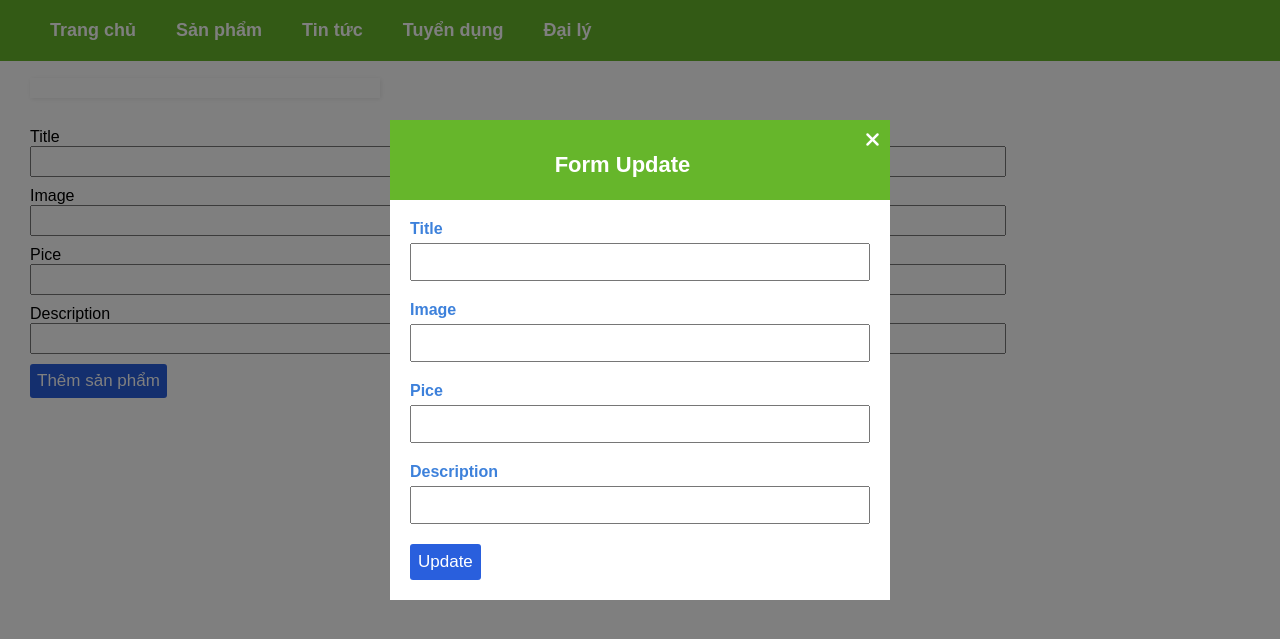
Repository: Ngoc28/CURD_HTML-CSS_JS_JSON
Page: index.html
An editor plug-in stored every save of this project. The page is shown before and after the next save, followed by the edit.
The browser window is 1280 px wide. The pictures show the whole page.
The page's requests for data from a server got no answer.

Above is the page before, as saved 2023-04-11 16:27:48.
Console error: TypeError: Cannot read properties of null (reading 'textContent')

After the next save:
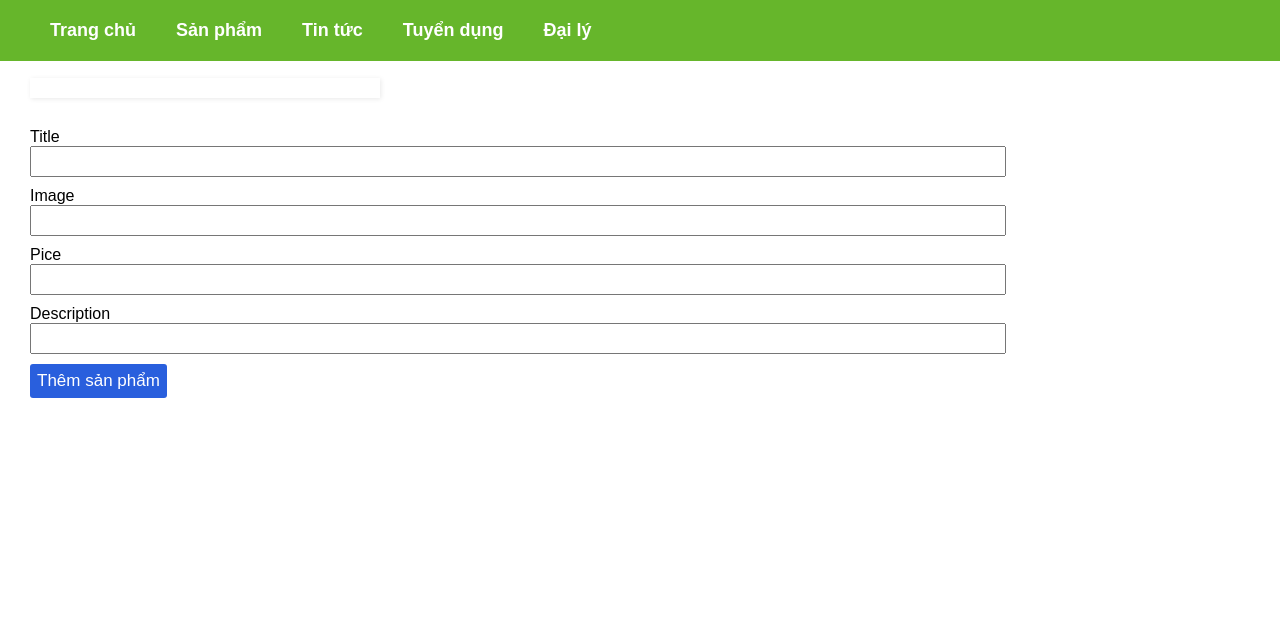
Console error: TypeError: products.map is not a function
Saved 81 s later.
--- a/script.js
+++ b/script.js
@@ -1,7 +1,7 @@
 let productsApi = 'http://localhost:3000/products';
 
 function start() {
-    getProducts(renderProducts,handleUpdateProduct);
+    getProducts(renderProducts(handleUpdateProduct));
 
     handleCreateForm();
 }

After the save that followed:
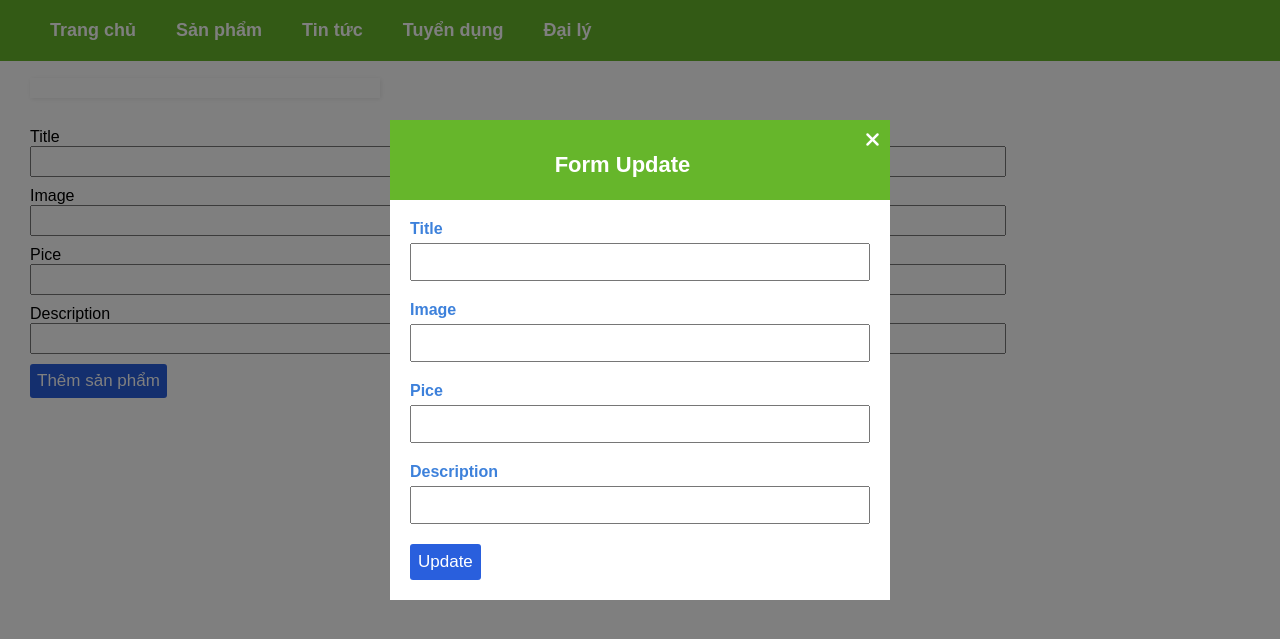
Console error: TypeError: Cannot read properties of null (reading 'textContent')
Saved 36 s later.
--- a/script.js
+++ b/script.js
@@ -1,7 +1,7 @@
 let productsApi = 'http://localhost:3000/products';
 
 function start() {
-    getProducts(renderProducts(handleUpdateProduct));
+    getProducts(renderProducts);
 
     handleCreateForm();
 }
